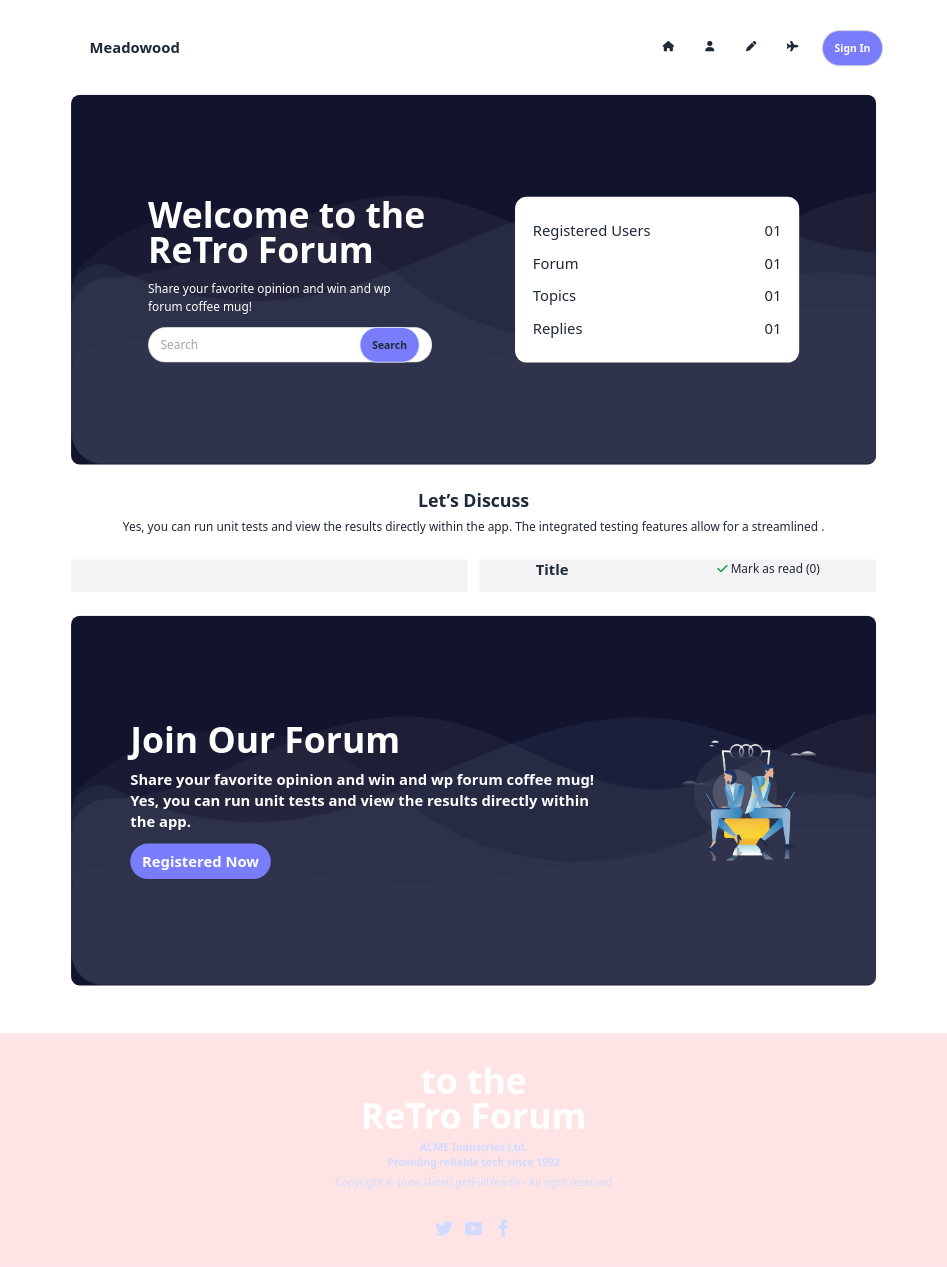
Repository: RudrasahaDibos/Meadowood-Forum
Page: index.html
These files come from the project's save history. The page is drawn as it stood at one moment and after a run of saves; the edit follows.
The browser window is 1280 px wide. The pictures show the whole page, at 74% of full size.
The page's requests for data from a server got no answer. Some web libraries are served in a nearby version.

Above is the page before, as saved 2024-11-25 11:14:58.

After the next 2 saves:
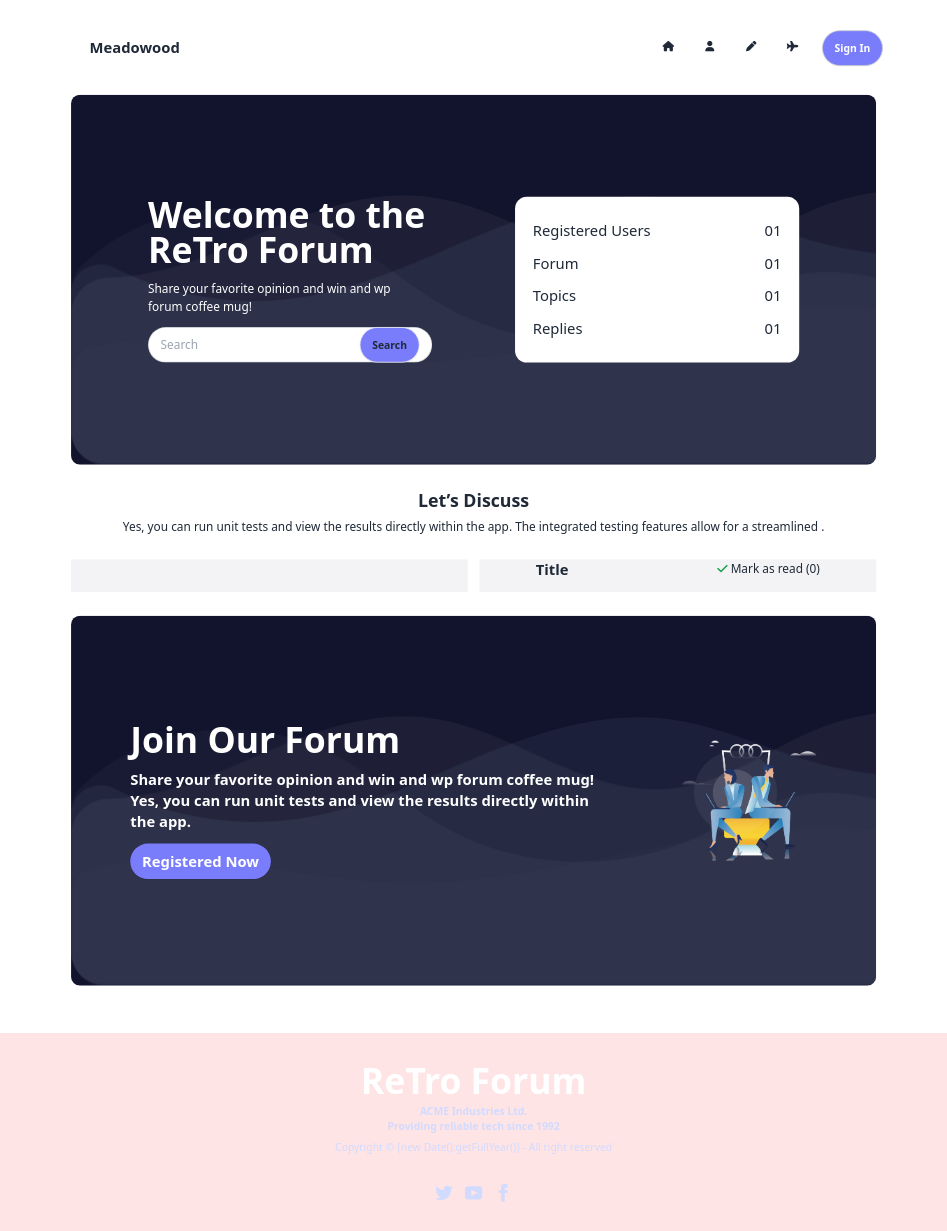
The 2 saves are shown as one change because they came seconds apart.
The last was saved 5 s later.
--- a/index.html
+++ b/index.html
@@ -221,7 +221,7 @@
             <aside>
                 <h2
                 class="lg:text-5xl text-xl font-extrabold font-manrope text-white">
-                to the <br> ReTro Forum</h2>
+                  ReTro Forum</h2>
               <p class="font-bold">
                 ACME Industries Ltd.
                 <br />
